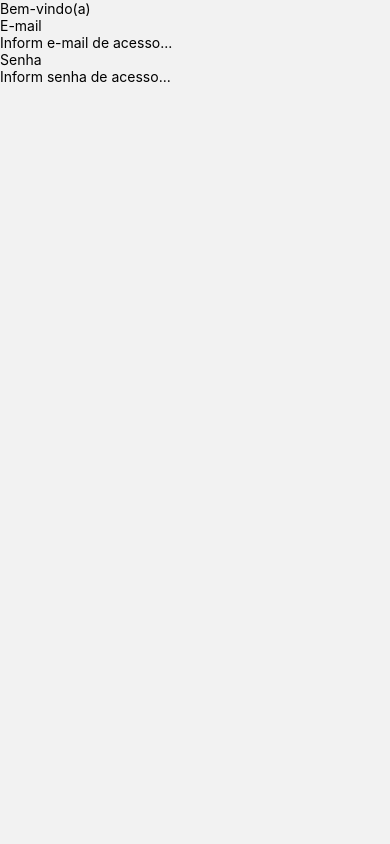
Repository: anacleto-caua/flavio_finance_clean
Page: /
The author's editor kept a copy of each file at every save. The page is drawn from the files as they stood at one save, then again after the next save.
The browser window is 390 px wide. The pictures show the whole page.
The app was drawn by React Native's web renderer in a window 390 px wide. The project was rebuilt for these pictures with package versions that can differ from the ones it lists, and the page was loaded fresh each time. Also part of the build but not shown: src/pages/Welcome/index.js.

Above is the page before, as saved 2024-03-12 19:46:08.

After the next save:
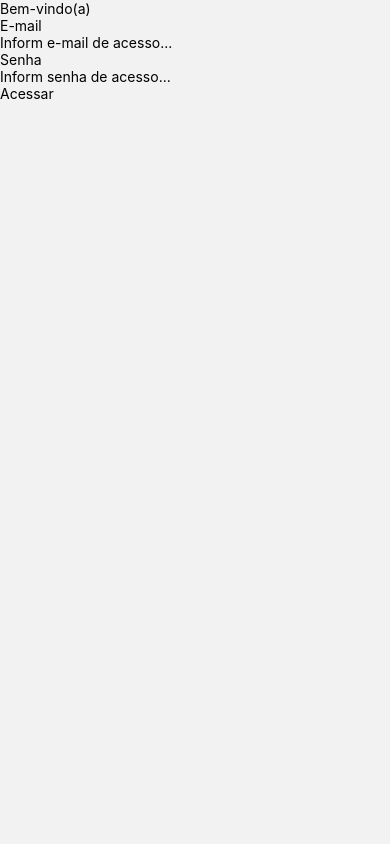
Saved 36 s later.
--- a/src/pages/SignIn/index.js
+++ b/src/pages/SignIn/index.js
@@ -34,8 +34,10 @@ export default function SignIn() {
 
         <TouchableOpacity
           style={styles.button}
-          onPress={ () => navigation.navigate('Home')}
-        ></TouchableOpacity>
+          onPress={ () => navigation.navigate('Home') }
+        >
+          <Text style={styles.buttonText}>Acessar</Text>
+        </TouchableOpacity>
       </View>
     </View>
   );
